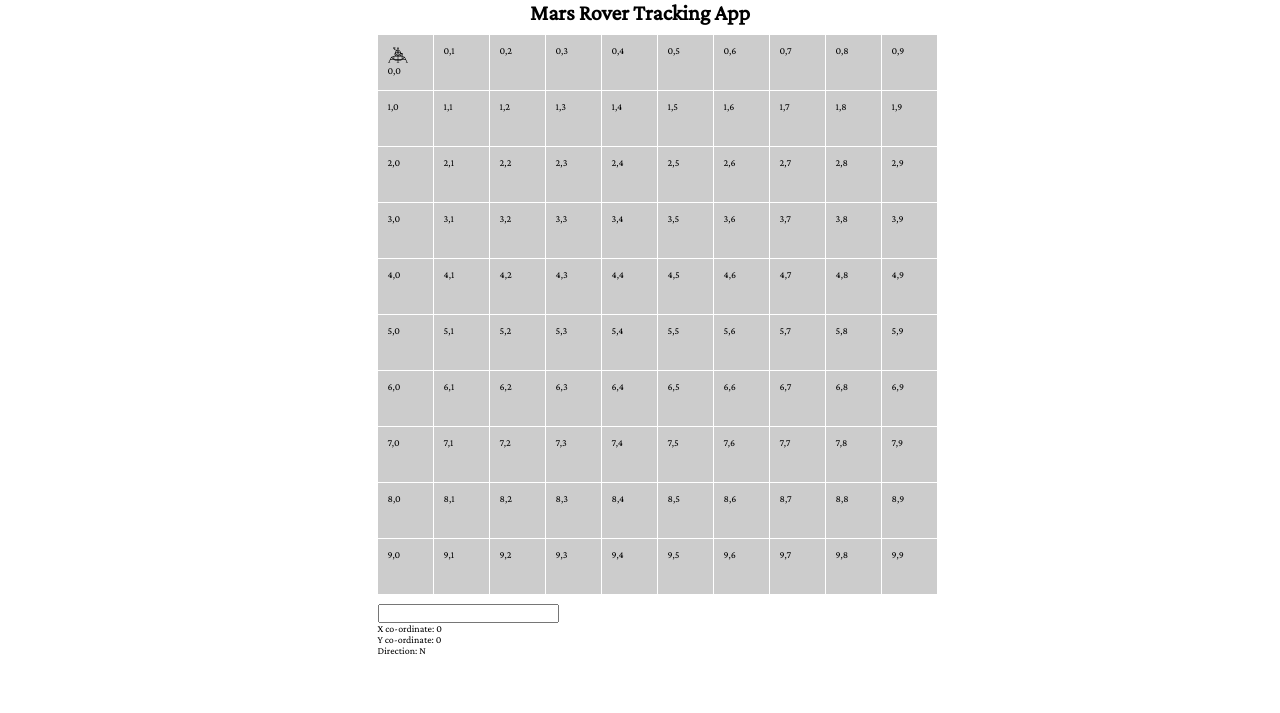
Repository: madhurisandbhor/Rover-Tracking-App
Page: /
The author's editor kept a copy of each file at every save. The page is drawn from the files as they stood at one save, then again after the next save.
The browser window is 1280 px wide. The pictures show the whole page.
The project was rebuilt for these pictures with package versions that can differ from the ones it lists, and the page was loaded fresh each time.

Above is the page before, as saved 2021-09-06 19:19:21.

After the next save:
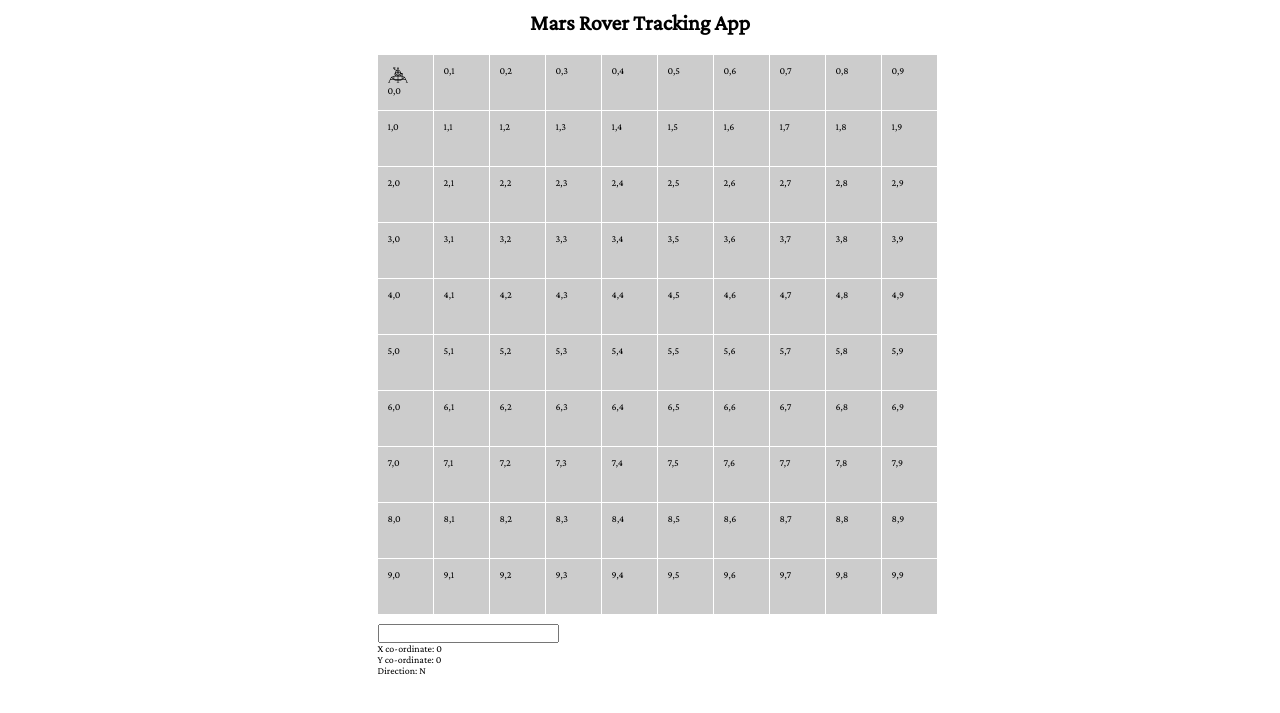
Saved 19 s later.
--- a/src/App.js
+++ b/src/App.js
@@ -5,6 +5,7 @@ const header = {
   fontSize: '22px',
   fontWeight: 'bold',
   textAlign: 'center',
+  padding: '1rem 0',
 }
 
 function App() {
